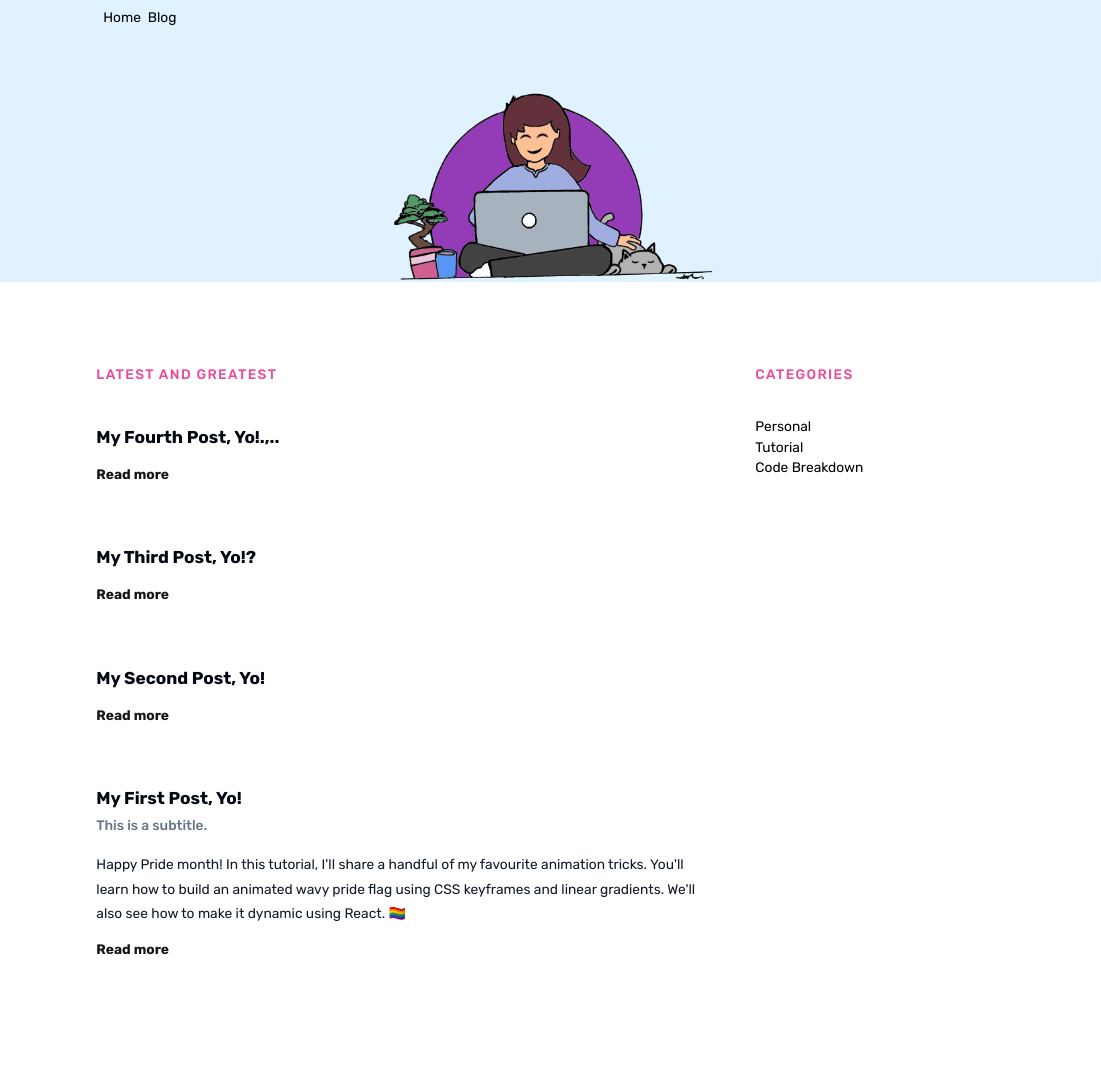
Repository: Risclover/markdown-blog
Page: /
An editor plug-in stored every save of this project. The page is shown before and after the next save, followed by the edit.
The browser window is 1280 px wide. The pictures show the whole page, at 86% of full size.
The project was rebuilt for these pictures with package versions that can differ from the ones it lists, and the page was loaded fresh each time. Also part of the build but not shown: src/ErrorPage.js, src/pages/PostPage/PostPage.js.

Above is the page before, as saved 2023-06-29 04:37:44.

After the next save:
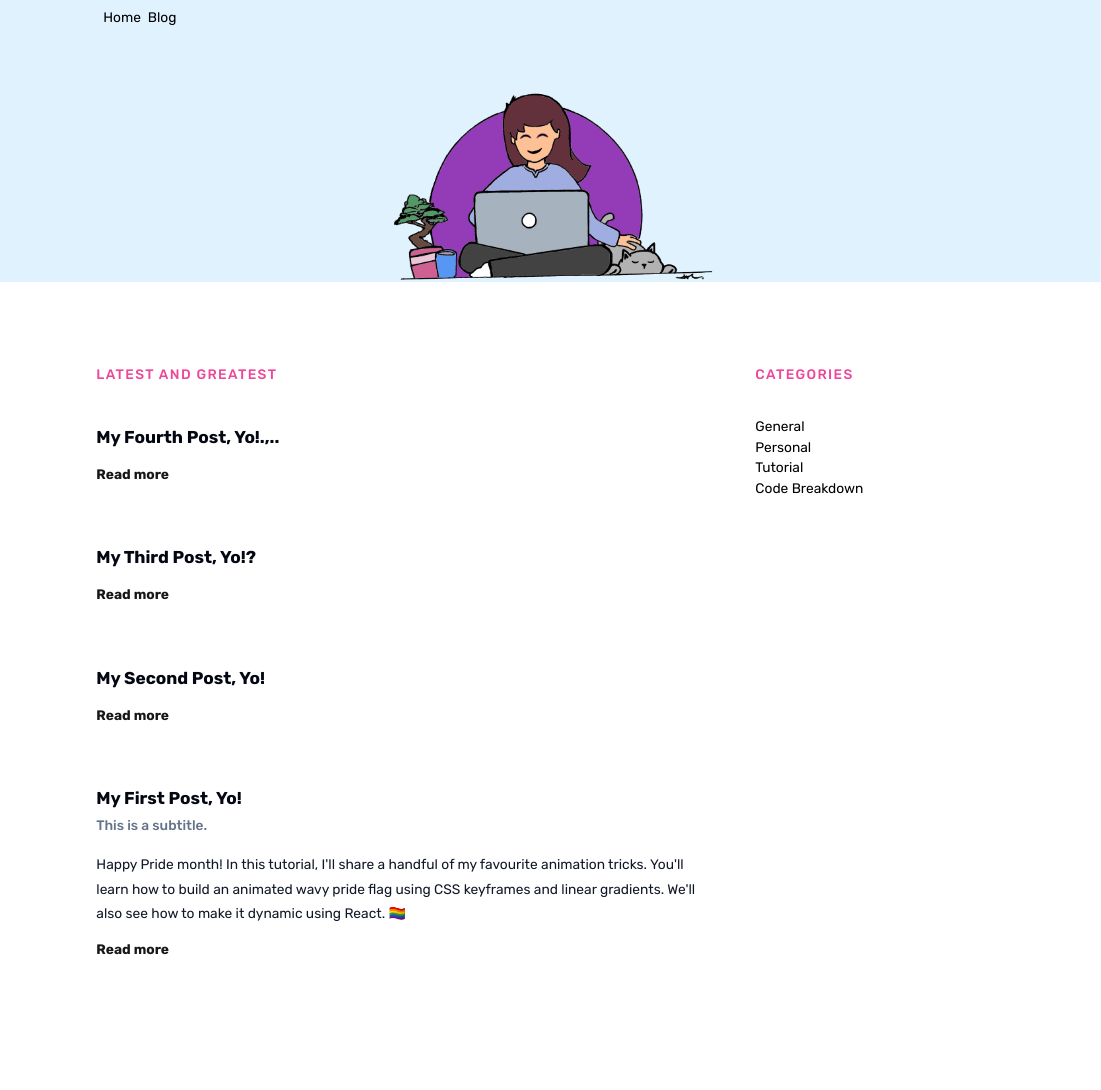
Saved 5 s later.
--- a/src/pages/Home/Categories.js
+++ b/src/pages/Home/Categories.js
@@ -7,6 +7,7 @@ export default function Categories() {
         Categories
       </h2>{" "}
       <ul>
+        <li>General</li>
         <li>Personal</li>
         <li>Tutorial</li>
         <li>Code Breakdown</li>
